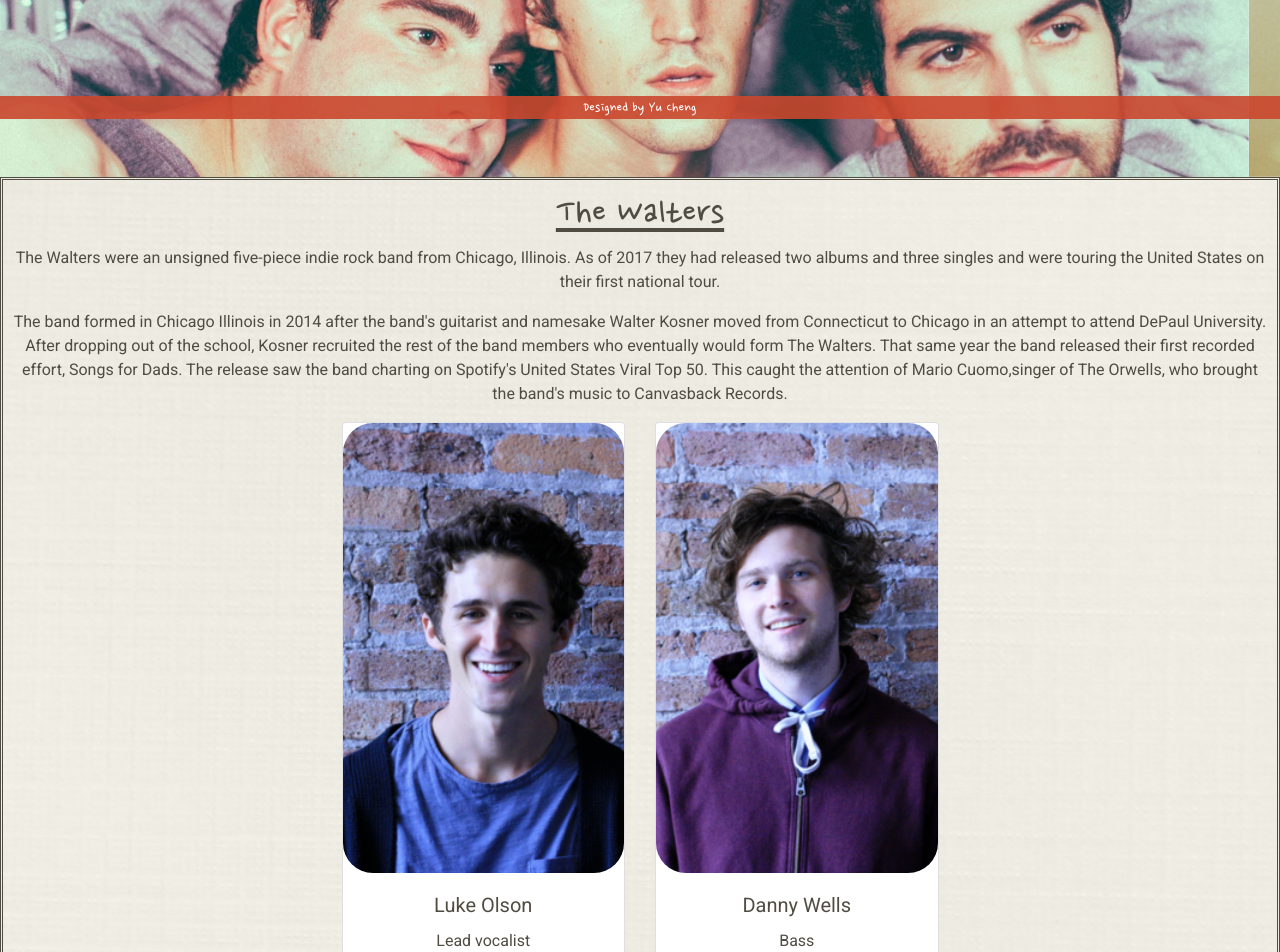
Repository: yucheng91/CIassignment1
Page: index.html
The author's editor kept a record of every edit. The page is drawn from the files as they stood at one moment, then again after the next edit.
The browser window is 1280 px wide. The pictures show the part of the page from y = 601 to 1553 px (the page is 3707 px tall).

Above is the page before.

### index.html
<!doctype html>
<html lang="en">

<head>
  <!-- Required meta tags -->
  <meta charset="utf-8">
  <meta name="viewport" content="width=device-width, initial-scale=1, shrink-to-fit=no">

  <!-- Bootstrap CSS -->
  <link rel="stylesheet" href="https://stackpath.bootstrapcdn.com/bootstrap/4.3.1/css/bootstrap.min.css" integrity="sha384-ggOyR0iXCbMQv3Xipma34MD+dH/1fQ784/j6cY/iJTQUOhcWr7x9JvoRxT2MZw1T" crossorigin="anonymous">
  <link rel="stylesheet" href="style.css" type="text/css" />
  <link rel="stylesheet" href="https://maxcdn.bootstrapcdn.com/font-awesome/4.7.0/css/font-awesome.min.css" type="text/css" />
  <link href="https://fonts.googleapis.com/css?family=Roboto&display=swap" rel="stylesheet">
  <link href="https://fonts.googleapis.com/css?family=Space+Mono&display=swap" rel="stylesheet">
  <link href="https://fonts.googleapis.com/css?family=Righteous&display=swap" rel="stylesheet">
  <link href="https://fonts.googleapis.com/css?family=Nanum+Pen+Script&display=swap" rel="stylesheet">
  <script src="https://code.jquery.com/jquery-3.4.1.js" integrity="sha256-WpOohJOqMqqyKL9FccASB9O0KwACQJpFTUBLTYOVvVU=" crossorigin="anonymous"></script>
  <title>The Walters</title>
</head>

<body>
  <header>
    <ul class="nav justify-content-center">
      <li class="nav-item">
        <a class="nav-link active" href="#navhome">Home</a>
      </li>
      <li class="nav-item">
        <a class="nav-link" href="#navwalters">The Walters</a>
      </li>
      <li class="nav-item">
        <a class="nav-link" href="#navmusic">The Music</a>
      </li>
      <li class="nav-item">
        <a class="nav-link" href="#navvideo">The Video</a>
      </li>
      <li class="nav-item">
        <a class="nav-link" href="#navschedule">Schedule</a>
      </li>
    </ul>
  </header>

  <section id="content">
    <section id="title">
      <div class="container-fluid">
        <div class="row">
          <div class="col">
            <span id="navhome" class="anchor"></span>
            <div class="vintage__container">
              <p class="vintage vintage__bot">THE WALTERS</p>
            </div>
          </div>
        </div>
        <div>
          <a href="https://www.facebook.com/TheWaltersband"><i class="fa fa-facebook-square fa-2x" aria-hidden="true"></i></a>
          <a href="https://twitter.com/TheWalters_"><i class="fa fa-twitter-square fa-2x" aria-hidden="true"></i></a>
          <a href="https://www.instagram.com/thewalters_/?hl=en"><i class="fa fa-instagram fa-2x" aria-hidden="true"></i></a>
          <a href="https://www.youtube.com/channel/UCm54E8Hlf_z1GIpVUChBTQA"><i class="fa fa-youtube-square fa-2x" aria-hidden="true"></i></a>
        </div>
      </div>
      </div>
      </br>
    </section>

    <section id="thecarousel">
      <div id="carouselExampleControls" class="carousel slide" data-ride="carousel">
        <div class="carousel-inner">
          <div class="carousel-item active">
            <img class="d-block w-100" src="images/c1.jpg" alt="The Walters Group Photo 1">
          </div>
          <div class="carousel-item">
            <img class="d-block w-100" src="images/c2.jpg" alt="The Walters Group Photo 2">
          </div>
          <div class="carousel-item">
            <img class="d-block w-100" src="images/c3.jpg" alt="The Walters Group Photo 3">
          </div>
        </div>
        <a class="carousel-control-prev" href="#carouselExampleControls" role="button" data-slide="prev">
    <span class="carousel-control-prev-icon" aria-hidden="true"></span>
    <span class="sr-only">Previous</span>
  </a>
        <a class="carousel-control-next" href="#carouselExampleControls" role="button" data-slide="next">
    <span class="carousel-control-next-icon" aria-hidden="true"></span>
    <span class="sr-only">Next</span>
  </a>
      </div>
    </section>

    <section id="themembers">
      <span id="navwalters" class="anchor"></span>
      <h1>The Walters</h1>
      <div class="text-content">
        <p>The Walters were an unsigned five-piece indie rock band from Chicago, Illinois. As of 2017 they had released two albums and three singles and were touring the United States on their first national tour.</p>
        <p>The band formed in Chicago Illinois in 2014 after the band's guitarist and namesake Walter Kosner moved from Connecticut to Chicago in an attempt to attend DePaul University. After dropping out of the school, Kosner recruited the rest of the band
          members who eventually would form The Walters. That same year the band released their first recorded effort, Songs for Dads. The release saw the band charting on Spotify's United States Viral Top 50. This caught the attention of Mario Cuomo,singer
          of The Orwells, who brought the band's music to Canvasback Records.</p>
        <div class="container-fluid">
          <div class="row">
            <div class="col-3"></div>
            <div class="col-12 col-md-3 card-padding">
              <div class="card">
                <img class="card-img-top" src="images/lukeolson.png" alt="Luke Olson Photo">
                <div class="card-body">
                  <h5 class="card-title">Luke Olson</h5>
                  <p class="card-text">Lead vocalist</p>
                </div>
              </div>
            </div>
            <div class="col-12 col-md-3 card-padding">
              <div class="card">
                <img class="card-img-top" src="images/dannywells.png" alt="Danny Wells photo">
                <div class="card-body">
                  <h5 class="card-title">Danny Wells</h5>
                  <p class="card-text">Bass</p>
                </div>
              </div>
            </div>
            <div class="col-3"></div>
          </div>
          <div class="row">
            <div class="col"></div>
            <div class="col-12 col-md-3 card-padding">
              <div class="card">
                <img class="card-img-top" src="images/charlieekhaus.jpeg" alt="Charlie Ekhaus Photo">
                <div class="card-body">
                  <h5 class="card-title">Charlie Ekhaus</h5>
                  <p class="card-text">Drummer</p>
                </div>
              </div>
            </div>
            <div class="col-12 col-md-3 card-padding">
              <div class="card">
                <img class="card-img-top" src="images/mjtirabassi.jpeg" alt="Michael Tirabassi Photo">
                <div class="card-body">
                  <h5 class="card-title">Michael Tirabassi</h5>
                  <p class="card-text">Vocalist</p>
                </div>
              </div>
            </div>
            <div class="col-12 col-md-3 card-padding">
              <div class="card">
                <img class="card-img-top" src="images/walterkosner.png" alt="Walter Kosner Photo">
                <div class="card-body">
                  <h5 class="card-title">Walter Kosner</h5>
                  <p class="card-text">Lead guitarist</p>
                </div>
              </div>
            </div>
            <div class="col"></div>
          </div>
        </div>
      </div>
    </section>

    <section id="themusic">
      <span id="navmusic" class="anchor"></span>
      <h1>The Music</h1>
      <div class="container-fluid">
        <div class="row">
          <div class="col-2"></div>
          <div class="col-12 col-md-4">
            <iframe src="https://open.spotify.com/embed/album/3MFTbUnA8C9T6KCBb0gpH5" style="border: 0; width: 100%; height: 380px;" allowfullscreen allow="autoplay; encrypted-media"></iframe>
          </div>
          <div class="col-12 col-md-4">
            <iframe src="https://open.spotify.com/embed/album/5ADia0t4o7pA8dyi8jRA4E" style="border: 0; width: 100%; height: 380px;" allowfullscreen allow="autoplay; encrypted-media"></iframe>
          </div>
          <div class="col-2"></div>
    </section>

    <section id="thevideo">
      <span id="navvideo" class="anchor"></span>
      <h1>The Video</h1>
      <div class="embed-responsive embed-responsive-16by9">
        <iframe class="embed-responsive-item" src="https://www.youtube.com/embed/5zfrnme2nJ4" allowfullscreen></iframe>
      </div>
    </section>

    <section id="schedule">
      <span id="navschedule" class="anchor"></span>
      <h1>Schedule 2019</h1>
      <div class="text-content">
        <div class="container-fluid">
          <div class="row">
            <div class="col-12 col-md-3">
              <p>26 July, 8:30pm</p>
            </div>
            <div class="col-12 col-md-6">
              <p>Hard Rock Hotel, Resort World Sentosa</p>
            </div>
            <div class="col-12 col-md-3 text-center">
              <a href="https://www.eventbrite.sg"><button type="button" class="btn btn-dark">RSVP</button></p></a>
            </div>
          </div>
          <div class="row">
            <div class="col-12 col-md-3">
              <p>30 August, 8pm</p>
            </div>
            <div class="col-12 col-md-6">
              <p>Hard Rock Cafe, Orchard Singapore</p>
            </div>
            <div class="col-12 col-md-3 text-center">
              <a href="https://www.eventbrite.sg"><button type="button" class="btn btn-dark">RSVP</button></p></a>
            </div>
          </div>
          <div class="row">
            <div class="col-12 col-md-3">
              <p>27 September, 8:30pm</p>
            </div>
            <div class="col-12 col-md-6">
              <p>Hard Rock Hotel, Resort World Sentosa</p>
            </div>
            <div class="col-12 col-md-3 text-center">
              <a href="https://www.eventbrite.sg"><button type="button" class="btn btn-dark">RSVP</button></p></a>
            </div>
          </div>
          <div class="row">
            <div class="col-12 col-md-3">
              <p>26 October, 8pm</p>
            </div>
            <div class="col-12 col-md-6">
              <p>Hard Rock Cafe, Orchard Singapore</p>
            </div>
            <div class="col-12 col-md-3 text-center">
              <a href="https://www.eventbrite.sg"><button type="button" class="btn btn-dark">RSVP</button></p></a>
            </div>
          </div>
        </div>
      </div>
    </section>
  </section>

  <footer>
    <p>Designed by Yu Cheng</p>
  </footer>

  <!-- Optional JavaScript -->
  <!-- jQuery first, then Popper.js, then Bootstrap JS -->
  <script type="text/javascript" src="jquery.js"></script>
  <script src="https://cdnjs.cloudflare.com/ajax/libs/popper.js/1.14.7/umd/popper.min.js" integrity="sha384-UO2eT0CpHqdSJQ6hJty5KVphtPhzWj9WO1clHTMGa3JDZwrnQq4sF86dIHNDz0W1" crossorigin="anonymous"></script>
  <script src="https://stackpath.bootstrapcdn.com/bootstrap/4.3.1/js/bootstrap.min.js" integrity="sha384-JjSmVgyd0p3pXB1rRibZUAYoIIy6OrQ6VrjIEaFf/nJGzIxFDsf4x0xIM+B07jRM" crossorigin="anonymous"></script>
</body>

</html>

### style.css
/*vintage container for the walters header*/

.vintage__container {
  display: inline-block;
  margin: 25px auto 40px;
}

.vintage {
  font-family: 'Six Caps', sans-serif;
  font-size: 50px;
  letter-spacing: 10px;
  line-height: 1;
  margin: 0;
  position: relative;
}

.vintage__top {
    color:rgb(255, 228, 193);
    position: absolute;
}

.vintage__bot {
  text-shadow:
    0px 0px rgb(255, 228, 193),
    1px 1px rgb(255, 228, 193),
    2px 2px rgb(100, 20, 15),
    3px 3px rgb(105, 25, 20),
    4px 4px rgb(110, 30, 25),
    5px 5px rgb(115, 30, 30),
    6px 6px rgb(120, 30, 35),
    7px 7px black,
    8px 8px black,
    9px 9px black,
    10px 10px black,
    11px 11px rgba(0, 0, 0, 0.9),
    12px 12px rgba(0, 0, 0, 0.7),
    13px 13px rgba(0, 0, 0, 0.5),
    14px 14px rgba(0, 0, 0, 0.1);

}

/*Style for entire website*/

body {
    text-align:center;
    background:url("images/background2.jpg");
}

header {
    position: fixed;
    top: 0;
    width: 100%;
    background-color:rgba(202, 72, 46, 0.98);
    z-index:1;
}

header a{
    color:white;
    font-family: 'Nanum Pen Script', cursive;
    font-size:23px;
}

#title {
    color:rgb(255, 235, 201);
    background:url("images/disc.jpg");
    border-color:rgba(241, 237, 226, 0.75);
    border-width:3px;
    border-style:double;
}

i {
    color:rgb(255, 235, 201);
}

/*img is only for carousel*/
img {
    height: 550px;
    width: 100%;
    object-fit: cover;
}

#schedule{
    background-color:rgba(241, 237, 226, 0.75);
    color:rgb(80,76,65);
    border-width:3px;
    border-style:double;
    margin-bottom:22px;
    padding:10px;
}

.text-content {
    font-family: 'Roboto', cursive;
}

#thecarousel span {
    visibility: hidden;
}
#themembers{
    background-color:rgba(241, 237, 226, 0.75);
    color:rgb(80,76,65);
    padding:10px;
    border-width:3px;
    border-style:double;
}

#themembers img{
    border-radius: 30px;
    height:450px;
}

#themusic{
    background-color:rgba(255, 120, 88, 0.75);
    color:rgb(144,67,41);
    padding:10px;
}

#thevideo{
    color:white;
    padding:10px;
    background:url("images/music.jpg");
}

#thevideo h1{
    background-color:rgba(0, 0, 0, 0.75);
}

h1 {
    font-family: 'Nanum Pen Script', cursive;
    text-decoration:underline;
}

/* to ensure all content starts after nav bar*/
#content {
    margin-top: 50px;
    z-index:-1;
}

footer {
    position: fixed;
    bottom: 0;
    width: 100%;
    padding:0;
    height:23px;
    background-color:rgba(202, 72, 46, 0.9);
    color:white;
    font-family: 'Nanum Pen Script', cursive;
}

/*anchor class to ensure that navbar will not be blocking the section title when clicked.*/
.anchor{
  display: block;
  height: 60px;
  margin-top: -60px;
  visibility: hidden;
}

/*Font change to address the size change*/
@media (max-width: 535px) {
    #content {
        font-size: 15px;
        margin-top:100px;
    }
    .vintage {
        font-size:40px;
    }

    h1 {
        font-size: 27px;
    }

    p {
        font-size: 15px;
    }
    .anchor{
      display: block;
      height: 110px;
      margin-top: -110px;
      visibility: hidden;
    }
}

@media (max-width:330px) {
    .vintage {
        font-size:30px;
    }

    #content {
        font-size: 15px;
        margin-top:150px;
    }

    h1 {
        font-size:20px;
    }

    .anchor{
      display: block;
      height: 160px;
      margin-top: -160px;
      visibility: hidden;
    }

}

/* For iphone 5/SE only */
@media (max-width:320px) {


    #content {
        margin-top:100px;
    }

    .anchor{
      display: block;
      height: 110px;
      margin-top: -110px;
      visibility: hidden;
    }
}

### jquery.js
/* global $ */

$("#thecarousel").hide();
$("#upcomingshow").hide();
$("#themembers").hide();
$("#themusic").hide();
$("#thevideo").hide();

$(function(){
    $("#thecarousel").fadeIn(2000);
    $("#upcomingshow").fadeIn(2500);
    $("#themembers").fadeIn(3000);
    $("#themusic").fadeIn(3500);
    $("#thevideo").fadeIn(4000);
})

After the next edit:
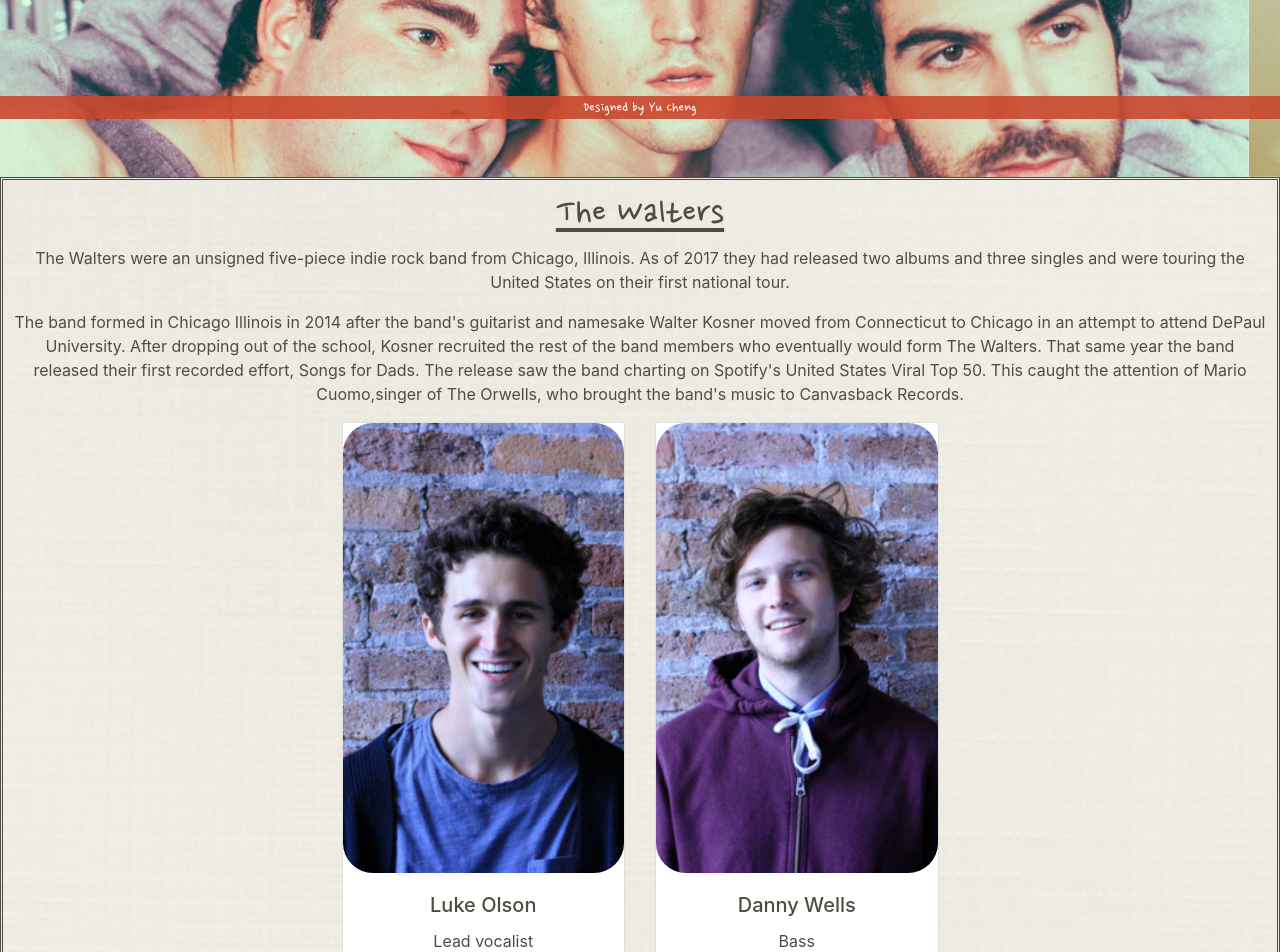
The edit:
--- a/style.css
+++ b/style.css
@@ -88,10 +88,6 @@
     padding:10px;
 }
 
-.text-content {
-    font-family: 'Roboto', cursive;
-}
-
 #thecarousel span {
     visibility: hidden;
 }

After the edit that followed:
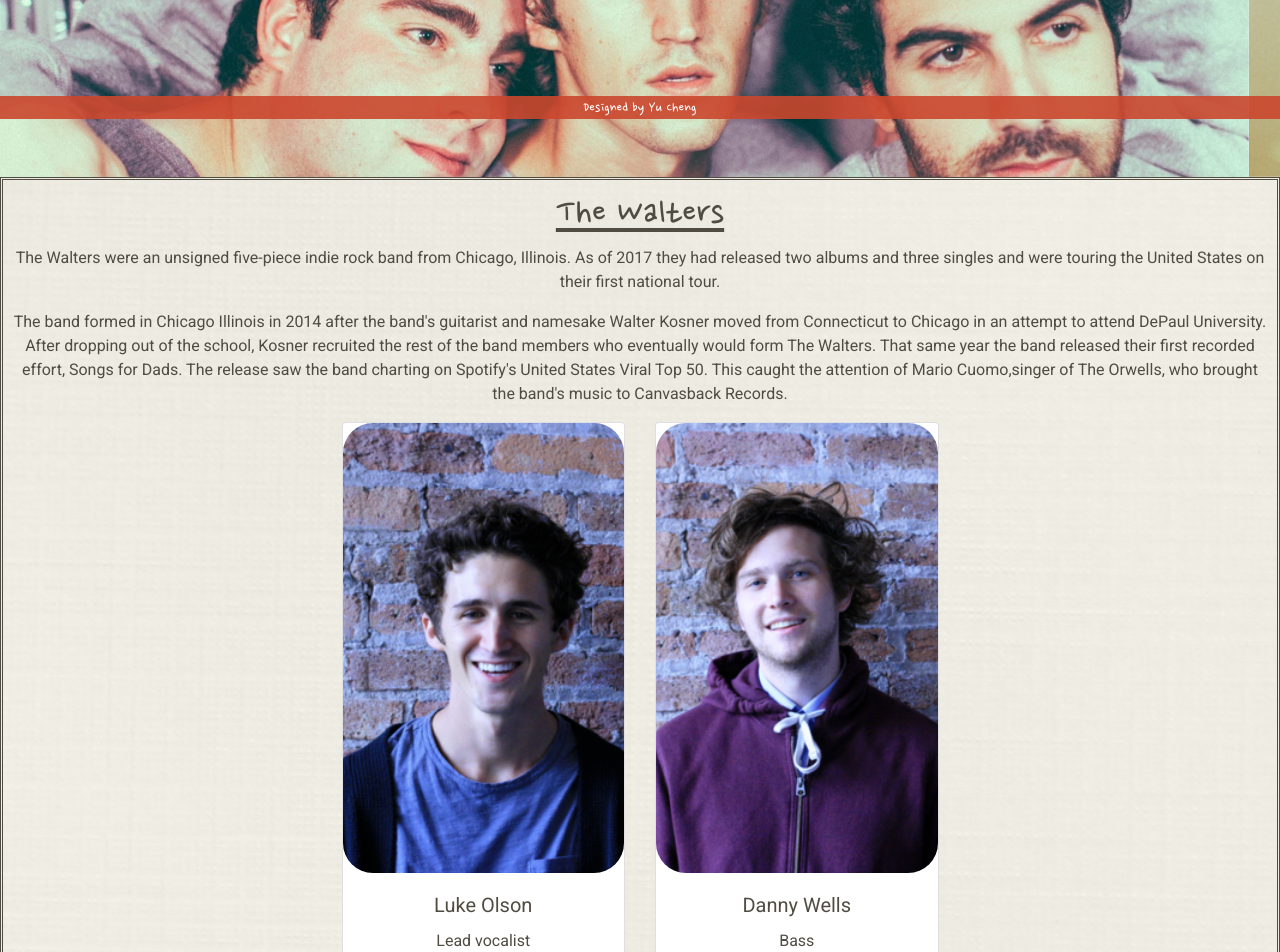
The edit:
--- a/style.css
+++ b/style.css
@@ -131,6 +131,11 @@
     z-index:-1;
 }
 
+
+.text-content {
+    font-family: 'Roboto', cursive;
+}
+
 footer {
     position: fixed;
     bottom: 0;
